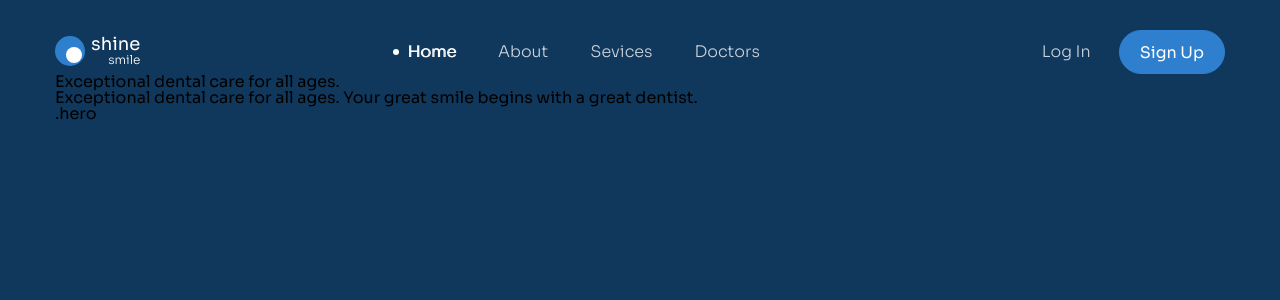
Repository: trungnguyen131/project-03
Page: index.html
The author's editor kept a copy of each file at every save. The page is drawn from the files as they stood at one save, then again after a run of saves.
The browser window is 1280 px wide. The pictures show the whole page.

Above is the page before, as saved 2024-03-31 16:36:57.

After the next 3 saves:
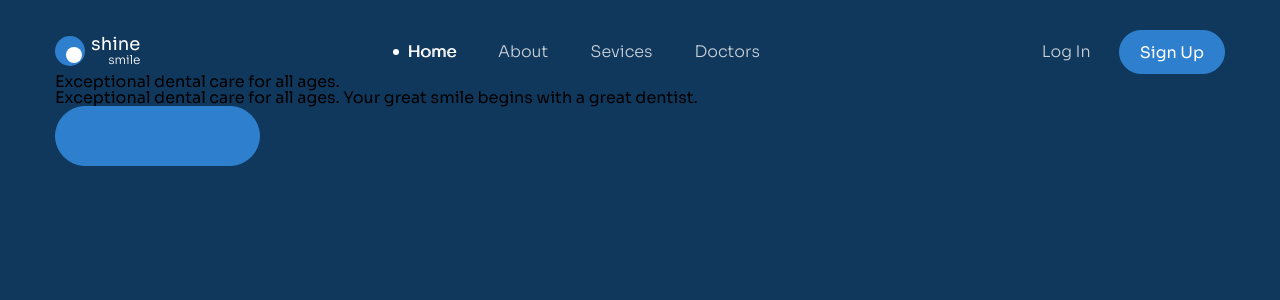
The 3 saves are shown as one change because they came seconds apart.
The last was saved 10 s later.
--- a/index.html
+++ b/index.html
@@ -85,7 +85,9 @@
                     <p class="hero_desc">
                         Exceptional dental care for all ages. Your great smile begins with a great dentist.
                     </p>
-                    .hero
+                    <div class="hero__row">
+                        <a href="" class="btn"></a>
+                    </div>
                 </section>
                 <!-- Hero media -->
                 <div class="hero_media">
